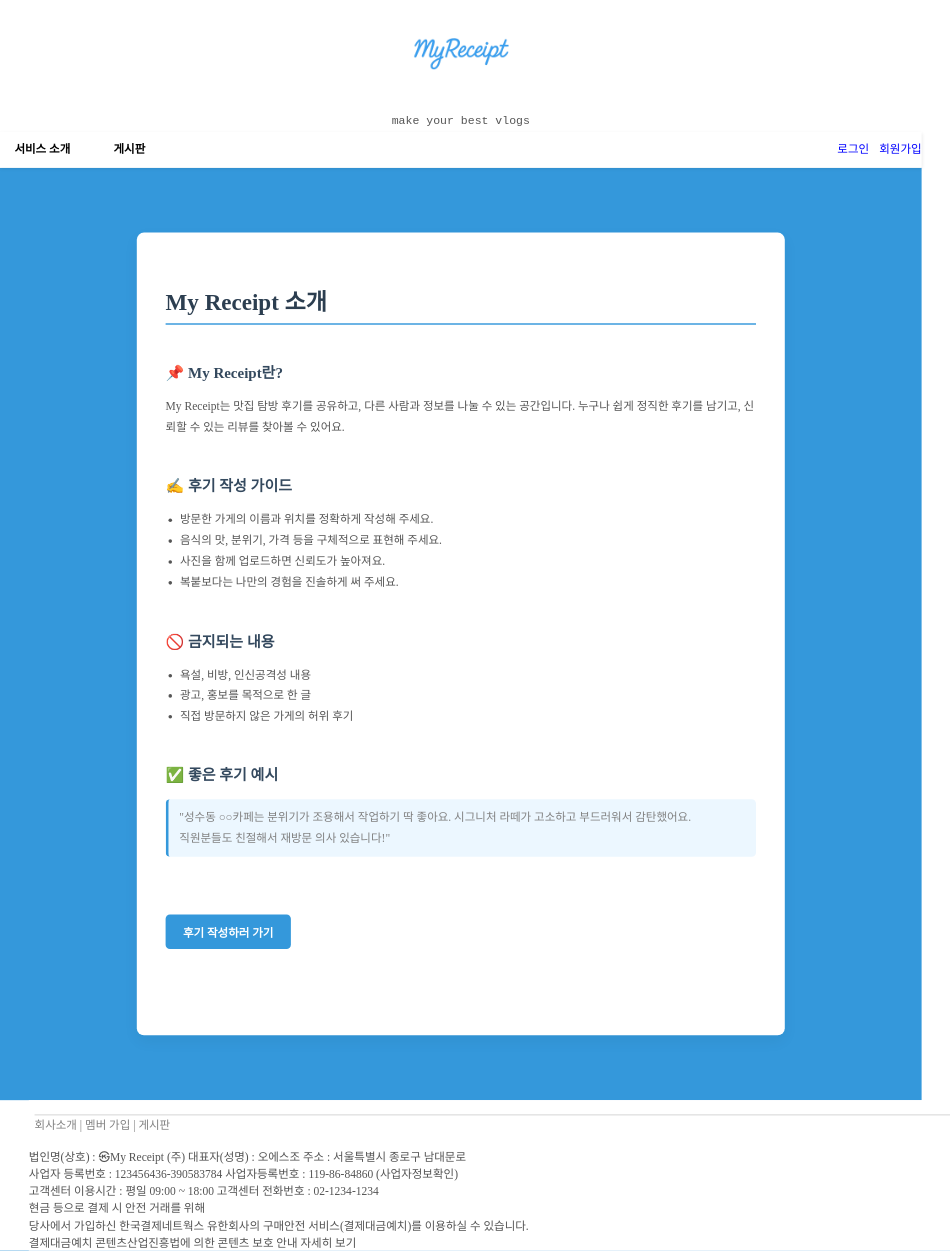
Repository: shong69/mini-project
Page: http://localhost/myReceipt2/intro
The author's editor kept a copy of each file at every save. The page is drawn from the files as they stood at one save, then again after the next save.
The browser window is 1280 px wide. The page is 1320 px wide, so the pictures cover 1320 px, including what lies to the right of the window. The pictures show the whole page, at 72% of full size.
Some web fonts or font styles are not loaded; a fallback is used. The page is served by Tomcat 10. Other server files are loaded and not shown.

Above is the page before, as saved 2025-05-06 19:40:46.

### jspProject/myReceipt2/src/main/webapp/WEB-INF/views/intro.jsp
<%@ page language="java" contentType="text/html; charset=UTF-8"
    pageEncoding="UTF-8"%>
<!DOCTYPE html>
<html>
<head>
<meta charset="UTF-8">
<title>My Receipt</title>
<link rel="stylesheet" type="text/css" href="resources/css/main.css">
 <style>
 main {
 	color:white;
 	}
  .container {
    max-width: 900px;
    margin: 90px auto;
    background: white;
    padding: 70px 40px;
    border-radius: 10px;
    box-shadow: 0 8px 20px rgba(0, 0, 0, 0.05);
  }

  h1 {
    font-size: 2rem;
    color: #2c3e50;
    margin-bottom: 20px;
    border-bottom: 2px solid #3498db;
    padding-bottom: 10px;
  }

  h2 {
    font-size: 1.3rem;
    color: #34495e;
    margin-top: 30px;
    margin-bottom: 20px;
  }
  main section{
  	margin : 50px 0;
  }
  p, li {
    color: #555;
    font-size: 1rem;
    line-height: 1.8;
  }

  ul {
    padding-left: 20px;
  }

  .btn-write {
    display: inline-block;
    padding: 12px 24px;
    background-color: #3498db;
    color: white;
    font-weight: bold;
    border-radius: 6px;
    text-decoration: none;
    margin-top: 30px;
    transition: background-color 0.3s;
  }

  .btn-write:hover {
    background-color: #2b7cb8;
  }

  .highlight {
  	color: gray;
    background: #ecf7ff;
    border-left: 4px solid #3498db;
    padding: 10px 15px;
    margin-top: 10px;
    border-radius: 6px;
    line-height:30px;
  }
 </style>

</head>
<body>
	<jsp:include page="/WEB-INF/views/common/header.jsp"></jsp:include>
	<main>
	 <div class="container">
	    <h1>My Receipt 소개</h1>

	    <section>
	      <h2>📌 My Receipt란?</h2>
	      <p>My Receipt는 맛집 탐방 후기를 공유하고, 다른 사람과 정보를 나눌 수 있는 공간입니다. 누구나 쉽게 정직한 후기를 남기고, 신뢰할 수 있는 리뷰를 찾아볼 수 있어요.</p>
	    </section>

	    <section>
	      <h2>✍️ 후기 작성 가이드</h2>
	      <ul>
	        <li>방문한 가게의 이름과 위치를 정확하게 작성해 주세요.</li>
	        <li>음식의 맛, 분위기, 가격 등을 구체적으로 표현해 주세요.</li>
	        <li>사진을 함께 업로드하면 신뢰도가 높아져요.</li>
	        <li>복붙보다는 나만의 경험을 진솔하게 써 주세요.</li>
	      </ul>
	    </section>

	    <section>
	      <h2>🚫 금지되는 내용</h2>
	      <ul>
	        <li>욕설, 비방, 인신공격성 내용</li>
	        <li>광고, 홍보를 목적으로 한 글</li>
	        <li>직접 방문하지 않은 가게의 허위 후기</li>
	      </ul>
	    </section>

	    <section>
	      <h2>✅ 좋은 후기 예시</h2>
	      <div class="highlight">
	        "성수동 ○○카페는 분위기가 조용해서 작업하기 딱 좋아요. 시그니처 라떼가 고소하고 부드러워서 감탄했어요.
	        <br/>직원분들도 친절해서 재방문 의사 있습니다!"
	      </div>
	    </section>

	    <section>
	      <a href="/board/write" class="btn-write">후기 작성하러 가기</a>
	    </section>
	  </div>

    </main>
	<jsp:include page="/WEB-INF/views/common/footer.jsp"></jsp:include>
</body>
</html>

### jspProject/myReceipt2/src/main/webapp/WEB-INF/views/common/header.jsp
<%@ page language="java" contentType="text/html; charset=UTF-8"
    pageEncoding="UTF-8"%>
<%@ taglib prefix="c" uri="http://java.sun.com/jsp/jstl/core" %>
	<div id="header">
		<a href="/myReceipt2/index"><img src="resources/imgs/logo.png" style="width:150px;"/></a>
		<p style="font-family: 'Courier New', Courier, monospace;">make your best vlogs</p>
	</div>
	<div id="nav-bar">
		<div id="menu">
			<a href="/myReceipt2/intro">서비스 소개</a>
			<a href="/myReceipt2/board">게시판</a>
		</div>
		<div id="loginSt">
			<c:choose>
				<c:when test="${not empty sessionScope.loginMember}">
					<p>${sessionScope.loginMember.nickName}님이 로그인 중</p>
					<a href="/myReceipt2/logout">로그아웃</a>

				</c:when>
				<c:otherwise>
					<a href="/myReceipt2/login">로그인</a>
					<a href="/myReceipt2/sign">회원가입</a>
				</c:otherwise>
			</c:choose>
		</div>

	</div>

### jspProject/myReceipt2/src/main/webapp/WEB-INF/views/common/footer.jsp
<%@ page language="java" contentType="text/html; charset=UTF-8"
    pageEncoding="UTF-8"%>
	<footer class="footer">
	    <section>
	        <div class="footer-nav">
	            <a href="/">회사소개 |</a>
	            <a href="/signup">멤버 가입 |</a>
	            <a href="/">게시판</a>
	        </div>
	    </section>
	    <section>
	        <div>
	            법인명(상호) : ㉿My Receipt (주) 대표자(성명) : 오에스조 주소 : 서울특별시 종로구 남대문로 <br>
	            사업자 등록번호 : 123456436-390583784  사업자등록번호 : 119-86-84860 (사업자정보확인)<br>
	            고객센터 이용시간 : 평일 09:00 ~ 18:00  고객센터 전화번호 : 02-1234-1234
	        </div>

	        <div>
	            현금 등으로 결제 시 안전 거래를 위해<br>
	            당사에서 가입하신 한국결제네트웍스 유한회사의 구매안전 서비스(결제대금예치)를 이용하실 수 있습니다.<br>
	            결제대금예치 콘텐츠산업진흥법에 의한 콘텐츠 보호 안내 자세히 보기
	        </div>
	    </section>
	</footer>

### jspProject/myReceipt2/src/main/java/com/project/jsp/controller/IndexController.java
package com.project.jsp.controller;

import java.io.IOException;

import jakarta.servlet.ServletException;
import jakarta.servlet.http.HttpServlet;
import jakarta.servlet.http.HttpServletRequest;
import jakarta.servlet.http.HttpServletResponse;

public class IndexController extends HttpServlet{
	@Override
	protected void doGet(HttpServletRequest req, HttpServletResponse resp) throws ServletException, IOException {
        String path = req.getServletPath(); // 요청 URL 패턴을 얻음

        if ("/index".equals(path)) {
        	req.getRequestDispatcher("/WEB-INF/views/index.jsp").forward(req, resp);
        } else if ("/intro".equals(path)) {
        	req.getRequestDispatcher("/WEB-INF/views/intro.jsp").forward(req, resp);
        } else {
        	resp.sendError(HttpServletResponse.SC_NOT_FOUND);
        }
	}

}

### jspProject/myReceipt2/src/main/webapp/resources/css/main.css
* {
	box-sizing: border-box;
	padding: 0;
	margin: 0;
	font-family: 'main';
}
/* 메인 폰트 */
@font-face {
	font-family: 'main';
	src:
		url('https://fastly.jsdelivr.net/gh/Project-Noonnu/noonfonts_2107@1.1/Pretendard-Regular.woff')
		format('woff');
	font-style: normal;
	font-weight: 400;
}

/*header*/
#header {
	width: 100%;
	text-align: center;
}

#header>div:first-child {
	margin-bottom: 15px;
}

#nav-bar {
	line-height: 50px;
	height: 50px;
	position: sticky;
	top: 0;
	left: 0;
	background-color: white;
	z-index: 1000;
	box-shadow: 0 2px 5px rgba(0, 0, 0, 0.1);
	display:flex;
	flex-direction:row;
	justify-content:space-between;
}

#loginSt {

}

#loginSt a {
	margin-left: 10px;
	color: blue;
	text-decoration: none;
}

#menu {
	display: flex;
	gap: 20px;
}

#menu a {
	text-decoration: none;
	color: black;
	font-weight: bold;
	padding: 0 20px;
	position: relative;
	overflow: hidden;
	transition: background-color 0.5s ease;
}

#menu a:hover {
	background-color: #335085;
	animation-duration: 2s;
	color: whitesmoke;
}

main {
	background-color: #3498db;
	display: flex;
	flex-direction: column;
	align-items: center;
	min-height:500px;
}

.section-title {
	font-size: 3.5rem;
	margin: 100px 0 70px 0;
}

#carousel {
	width: 90%;
	height: 300px;
	background-color: #ddd;
	margin-top: 20px;
}
/*footer*/
.footer {
	background-color: white;
	width: 100%;
	height: auto;
	display: flex;
	flex-direction: column;
	padding-top: 20px;
	margin: 0 40px;
}

.footer>section:first-child {
	border-top: 1px solid #c5c5c5;
	display: flex;
	flex-direction: row;
	margin-left: 8px;
}

.footer>section a {
	color: gray;
	text-decoration: none;
}

.footer>section:nth-child(2) {
	padding-top: 20px;
	color: rgb(83, 83, 83);
}

After the next save:
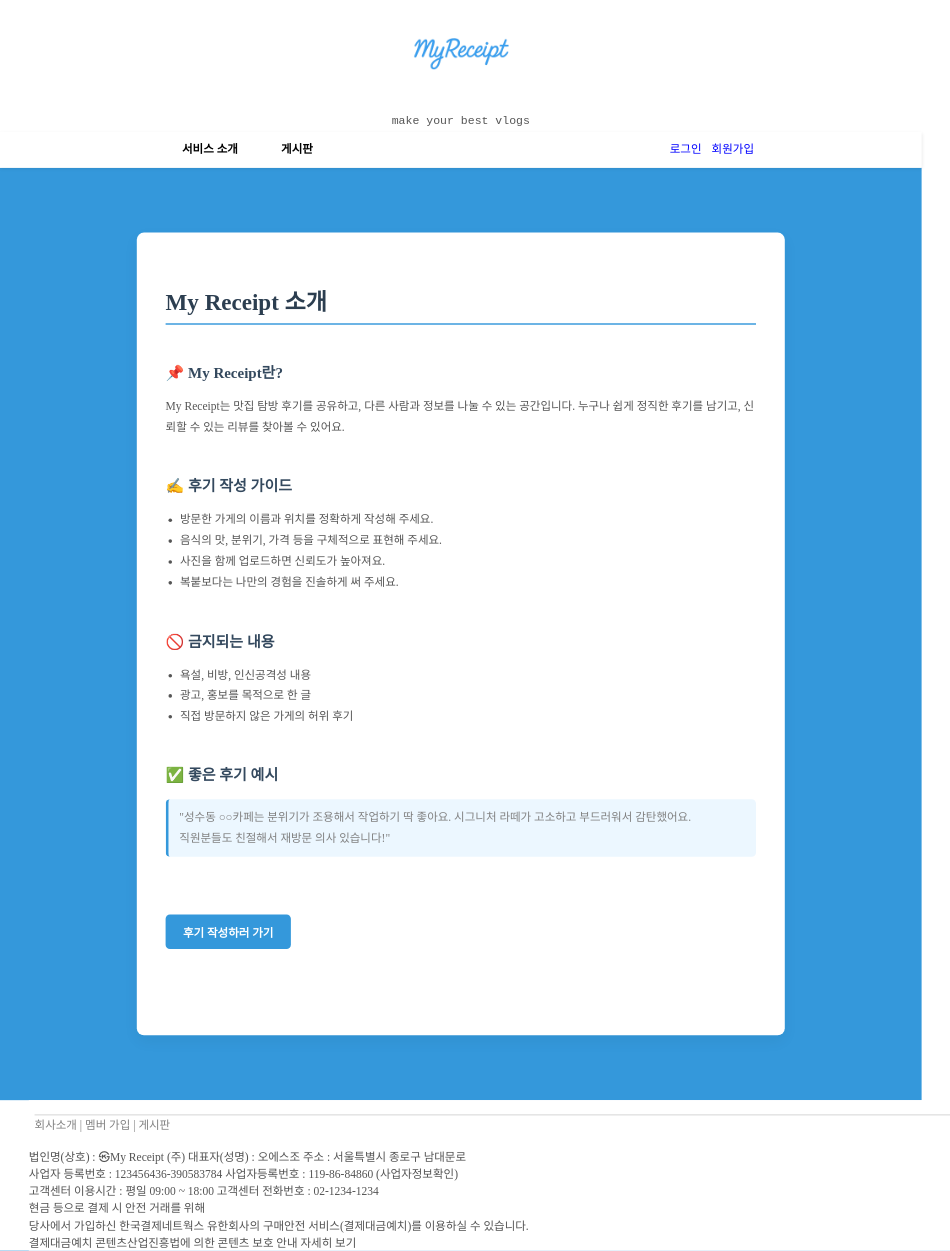
Saved 20 s later.
--- a/jspProject/myReceipt2/src/main/webapp/resources/css/main.css
+++ b/jspProject/myReceipt2/src/main/webapp/resources/css/main.css
@@ -35,7 +35,7 @@
 	box-shadow: 0 2px 5px rgba(0, 0, 0, 0.1);
 	display:flex;
 	flex-direction:row;
-	justify-content:space-between;
+	justify-content:space-around;
 }
 
 #loginSt {
